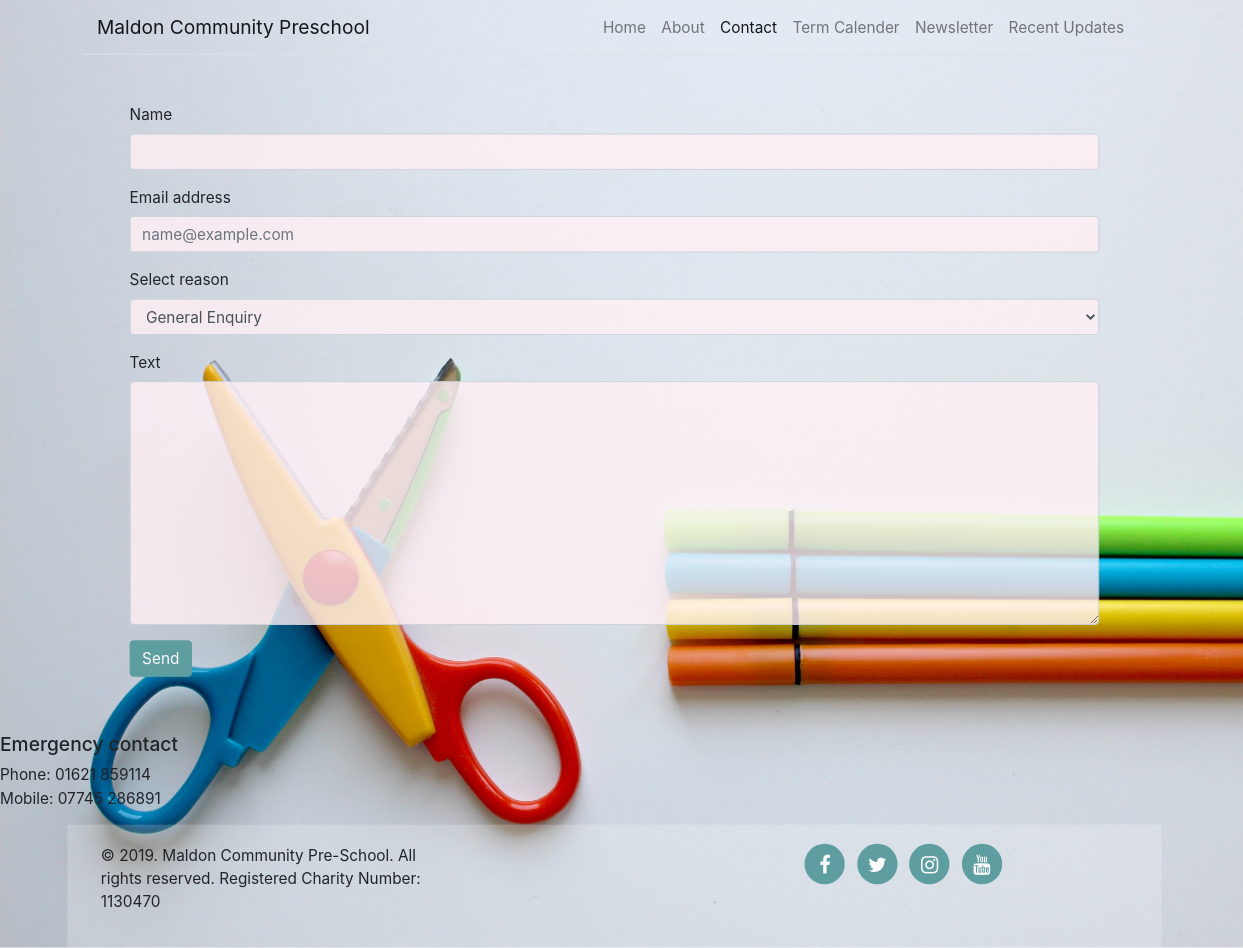
Repository: parkslee/milestone_1
Page: contact.html
The author's editor kept a record of every edit. The page is drawn from the files as they stood at one moment, then again after the next edit.
The browser window is 1280 px wide. The page is 1295 px wide, so the pictures cover 1295 px, including what lies to the right of the window. The pictures show the whole page, at 96% of full size.
Some web libraries are served in a nearby version.

Above is the page before.

### contact.html
<!DOCTYPE html>
<html lang="en">

<head>
    <meta charset="UTF-8">
    <meta name="viewport" content="width=device-width, initial-scale=1.0">
    <meta http-equiv="X-UA-Compatible" content="ie=edge">
    <link rel="stylesheet" href="https://maxcdn.bootstrapcdn.com/bootstrap/4.2.1/css/bootstrap.min.css"
        type="text/css" />
    <link rel="stylesheet" href="https://maxcdn.bootstrapcdn.com/font-awesome/4.7.0/css/font-awesome.min.css"
        type="text/css" />
    <link rel="stylesheet" href="https://cdnjs.cloudflare.com/ajax/libs/hover.css/2.1.1/css/hover-min.css"
        type="text/css" />
    <link rel="stylesheet" href="assets\css\style.css">
    <title>Contact</title>
</head>

<body class="contact-image">

<!-------------------------------------------------------------------------------navigation-->
    <header>

        <div class="container">
            <nav class="navbar navbar-expand-lg navbar-light bg-light border-bottom">
                <a class="navbar-brand" href="./index.html">Maldon Community Preschool</a>
                <button class="navbar-toggler" type="button" data-toggle="collapse" data-target="#navbarNav"
                    aria-controls="navbarNav" aria-expanded="false" aria-label="Toggle navigation">
                    <span class="navbar-toggler-icon"></span>
                </button>
                <div class="collapse navbar-collapse" id="navbarNav">
                    <ul class="navbar-nav text-center ml-auto">
                        <li class="nav-item">

                            <a class="nav-link" href="./index.html">Home</a>
                        </li>
                        <li class="nav-item">
                            <a class="nav-link" href="./about.html">About</a>
                        </li>
                        <li class="nav-item active">
                            <a class="nav-link" href="./contact.html">Contact<span class="sr-only">(current)</span></a>
                        </li>
                        <li class="nav-item">
                            <a class="nav-link" href="./calender.html">Term Calender</a>
                        </li>
                        <li class="nav-item">
                            <a class="nav-link" href="./newsletter.html">Newsletter</a>
                        </li>
                        <li class="nav-item">
                            <a class="nav-link" href="./updates.html">Recent Updates</a>
                        </li>
                    </ul>
                </div>
            </nav>
        </div>
    </header>

    <div class="container">

        <form>
                <div class="form-group">
                        <label for="form-name">Name</label>
                        <input type="name" class="form-control" id="form-name" placeholder="">
                    </div>
            <div class="form-group">
                <label for="form-name">Email address</label>
                <input type="email" class="form-control" id="form-name" placeholder="name@example.com">
            </div>
            <div class="form-group">
                <label for="form-select">Select reason</label>
                <select class="form-control" id="form-select">
                    <option>General Enquiry</option>
                    <option>Book a Visit</option>
                    <option>Meeting Request</option>
                    <option>4</option>
                    <option>5</option>
                </select>
            </div>

            <div class="form-group">
                <label for="form-text">Text</label>
                <textarea class="form-control" id="form-text" rows="10"></textarea>
            </div>
            <button type="submit" class="btn btn-primary mb-2 contact-btn">Send</button>
        </form>

    </div>
    <div class="row">
        <div class="col">
<h5>Emergency contact</h5>
<p>Phone: 01621 859114
    <br>
        Mobile: 07745 286891</p>
</div>
</div>


    <!---------------------------first footer only displayed on desktop view-------------------->
    <!------https://medium.com/wdstack/bootstrap-4-hidden-visible-dd969a4c5854 tutorial for display properties bootstrap---->
    <div class="container">
            <footer class="d-none d-md-block">



                <div id="footer-details" class="row">
                    <div class="col-sm-4">
                        <p class="inline-block charity">
                            © 2019. Maldon Community Pre-School. All rights reserved.
                            Registered Charity Number: 1130470 </p>
                    </div>

                    <div class="col-sm-4 ml-auto">
                         <ul class="list-inline social-links">
                            <li class="list-inline-item">
                                <a target="_blank" href="https://facebook.com">
                                    <i class="fa fa-facebook" aria-hidden="true"></i>
                                    <span class="sr-only">Facebook</span>
                                </a>
                            </li>
                            <li class="list-inline-item">
                                <a target="_blank" href="https://twitter.com">
                                    <i class="fa fa-twitter" aria-hidden="true"></i>
                                    <span class="sr-only">Twitter</span>
                                </a>
                            </li>
                            <li class="list-inline-item">
                                <a target="_blank" href="https://instagram.com">
                                    <i class="fa fa-instagram" aria-hidden="true"></i>
                                    <span class="sr-only">Instagram</span>
                                </a>
                            </li>
                            <li class="list-inline-item">
                                <a target="_blank" href="https://youtube.com">
                                    <i class="fa fa-youtube" aria-hidden="true"></i>
                                    <span class="sr-only">YouTube</span>
                                </a>
                            </li>
                        </ul>
                    </div>
                </div>
            </footer>
        </div>



        <!----second footer for mobile view (charity number hidden as to cluttered on mobile view)  -->
        <!------https://medium.com/wdstack/bootstrap-4-hidden-visible-dd969a4c5854 tutorial for display properties bootstrap---->
        <footer class="d-md-none">
            <div id="footer-mobile">
                <ul class="list-inline social-links">
                    <li class="list-inline-item">
                        <a target="_blank" href="https://facebook.com">
                            <i class="fa fa-facebook" aria-hidden="true"></i>
                            <span class="sr-only">Facebook</span>
                        </a>
                    </li>
                    <li class="list-inline-item">
                        <a target="_blank" href="https://instagram.com">
                            <i class="fa fa-instagram" aria-hidden="true"></i>
                            <span class="sr-only">Instagram</span>
                        </a>
                    </li>
                    <li class="list-inline-item">
                        <a target="_blank" href="https://youtube.com">
                            <i class="fa fa-youtube" aria-hidden="true"></i>
                            <span class="sr-only">YouTube</span>
                        </a>
                    </li>
                </ul>
            </div>
        </footer>


    <script src="https://code.jquery.com/jquery-3.3.1.slim.min.js"
        integrity="sha384-q8i/X+965DzO0rT7abK41JStQIAqVgRVzpbzo5smXKp4YfRvH+8abtTE1Pi6jizo"
        crossorigin="anonymous"></script>
    <script src="https://cdnjs.cloudflare.com/ajax/libs/popper.js/1.14.7/umd/popper.min.js"
        integrity="sha384-UO2eT0CpHqdSJQ6hJty5KVphtPhzWj9WO1clHTMGa3JDZwrnQq4sF86dIHNDz0W1"
        crossorigin="anonymous"></script>
    <script src="https://stackpath.bootstrapcdn.com/bootstrap/4.3.1/js/bootstrap.min.js"
        integrity="sha384-JjSmVgyd0p3pXB1rRibZUAYoIIy6OrQ6VrjIEaFf/nJGzIxFDsf4x0xIM+B07jRM"
        crossorigin="anonymous"></script>
</body>

</html>

### assets/css/style.css

/*---------------------------------------------------------index.html---------------*/

.bgimage {
    background-image: url(../images/home-bg.jpg);
    background-size: cover;
    height: 100%;
    background-repeat: no-repeat;
}

.bg-light {
    background-color: rgb(255, 255, 255, 0.0) !important;
}

.jumbotron {
    margin: 5% 5%;
    box-shadow: 10px 10px rgb(95, 158, 160, 0.5);
    background-color: rgb(255, 240, 245, 0.8);
}

.newsletter-update {
    margin: 20px;
}

.btn-primary {
    color: #fafafa;
    background-color: #866ecd;
    border-color: #866ccd;
}

.newsletter {
    background-color:rgb(255, 255, 255, 0.5);
    position: relative;
    color: #f1efef;

}
.newsletter h1{
    text-align: center;
}

.updates-index {
    background-color: rgb(95, 158, 160,0.5);
    color:#f1efef;
}

.updates-index h1{
    text-align: center;
}


/*-------------------------------------------------------footer------------*/

.social-links {
    padding-bottom: 0px;
}

.social-links li a i {
    width: 42px;
    height: 42px;
    padding: 12px 0;
    border-radius: 50%;
    font-size: 21px;
    line-height: 19px;
    text-align: center;
    color: #fafafa;
    background: cadetblue;
    transition: all 0.35s ease-in-out;
    -moz-transition: all 0.35s ease-in-out;
    -webkit-transition: all 0.35s ease-in-out;
    -o-transition: all 0.35s ease-in-out;
}

.social-links li a i:hover {
    background: #e84610;
}

#footer-details {
    padding: 20px;
    background-color: rgb(255, 255, 255, 0.2);
    position: relative;
    left: 0;
    bottom: 0;
}

#footer-mobile {
    padding: 20px;
    background-color: rgb(255, 255, 255, 0.0);
    width: 100%;
    text-align: center;
}

/*---------------------------------------------------------------contact page--------------------*/

.contact-image {
    background-image: url(../images/contact-bg.jpg);
    background-size: cover;
    height: 100%;
    background-repeat: no-repeat;
}

form{
    margin: 20px;
}

.form-control{
    background-color: rgb(255, 240, 245,0.8);
}

.contact-btn{
    background-color: cadetblue;
    border-color: cadetblue;
}

/*------------------------------------------------------------------------- About--------------*/
.about-image{
    background-image: url(../images/about-bg.jpg);
    background-size: cover;
    height: 100vh;
    background-repeat: no-repeat;
    background-position: 55%;

}

.about-content{
    text-align: center;

}

/*-------------------------------------------------------------------------calender---------------*/
.calender-image{
    background-color: #866ccd;
}

/*------------------------------------------time line--------------------*/
/*-------bootstrap time line - https://bootsnipp.com/snippets/OzQj-------*/

.timeline {
    list-style: none;
    padding: 20px 0 20px;
    position: relative;
}

    .timeline:before {
        top: 0;
        bottom: 0;
        position: absolute;
        content: " ";
        width: 3px;
        background-color: #eeeeee;
        left: 50%;
        margin-left: -1.5px;
    }

    .timeline > li {
        margin-bottom: 20px;
        position: relative;
    }

        .timeline > li:before,
        .timeline > li:after {
            content: " ";
            display: table;
        }

        .timeline > li:after {
            clear: both;
        }

        .timeline > li:before,
        .timeline > li:after {
            content: " ";
            display: table;
        }

        .timeline > li:after {
            clear: both;
        }

        .timeline > li > .timeline-panel {
            width: 46%;
            float: left;
            border: 1px solid #d4d4d4;
            border-radius: 2px;
            padding: 20px;
            position: relative;
            -webkit-box-shadow: 0 1px 6px rgba(0, 0, 0, 0.175);
            box-shadow: 0 1px 6px rgba(0, 0, 0, 0.175);
        }

            .timeline > li > .timeline-panel:before {
                position: absolute;
                top: 26px;
                right: -15px;
                display: inline-block;
                border-top: 15px solid transparent;
                border-left: 15px solid #ccc;
                border-right: 0 solid #ccc;
                border-bottom: 15px solid transparent;
                content: " ";
            }

            .timeline > li > .timeline-panel:after {
                position: absolute;
                top: 27px;
                right: -14px;
                display: inline-block;
                border-top: 14px solid transparent;
                border-left: 14px solid #fff;
                border-right: 0 solid #fff;
                border-bottom: 14px solid transparent;
                content: " ";
            }

        .timeline > li > .timeline-badge {
            color: #fff;
            width: 50px;
            height: 50px;
            line-height: 50px;
            font-size: 1.4em;
            text-align: center;
            position: absolute;
            top: 16px;
            left: 50%;
            margin-left: -25px;
            background-color: #999999;
            z-index: 100;
            border-top-right-radius: 50%;
            border-top-left-radius: 50%;
            border-bottom-right-radius: 50%;
            border-bottom-left-radius: 50%;
        }

        .timeline > li.timeline-inverted > .timeline-panel {
            float: right;
        }

            .timeline > li.timeline-inverted > .timeline-panel:before {
                border-left-width: 0;
                border-right-width: 15px;
                left: -15px;
                right: auto;
            }

            .timeline > li.timeline-inverted > .timeline-panel:after {
                border-left-width: 0;
                border-right-width: 14px;
                left: -14px;
                right: auto;
            }

.timeline-badge.primary {
    background-color: #2e6da4 !important;
}

.timeline-badge.success {
    background-color: #3f903f !important;
}

.timeline-badge.warning {
    background-color: #f0ad4e !important;
}

.timeline-badge.danger {
    background-color: #d9534f !important;
}

.timeline-badge.info {
    background-color: #5bc0de !important;
}

.timeline-title {
    margin-top: 0;
    color: inherit;
}

.timeline-body > p,
.timeline-body > ul {
    margin-bottom: 0;
}

    .timeline-body > p + p {
        margin-top: 5px;
    }

@media (max-width: 767px) {
    ul.timeline:before {
        left: 40px;
    }

    ul.timeline > li > .timeline-panel {
        width: calc(100% - 90px);
        width: -moz-calc(100% - 90px);
        width: -webkit-calc(100% - 90px);
    }

    ul.timeline > li > .timeline-badge {
        left: 15px;
        margin-left: 0;
        top: 16px;
    }

    ul.timeline > li > .timeline-panel {
        float: right;
    }

        ul.timeline > li > .timeline-panel:before {
            border-left-width: 0;
            border-right-width: 15px;
            left: -15px;
            right: auto;
        }

        ul.timeline > li > .timeline-panel:after {
            border-left-width: 0;
            border-right-width: 14px;
            left: -14px;
            right: auto;
        }
}

/*----------------------------------------------------------------newsletter.html-------------*/
.newsletter-image{
    background-image: url(../images/newsletter-bg.jpg);
    background-size: cover;
    height: 100%;
    background-repeat: no-repeat;
    background-position: 75%;
}



.newsletter-content{
    color:#fafafa;
}

.newsletter-content h1{
    text-align: center;
}


/*------------------------------------------------------------------updates.html-----------*/
.updates-image{
    background-image: url(../images/crayon-bg.jpg);
    background-size: cover;
    height: 100%;
    background-repeat: no-repeat;
    background-position: 50%;
}

.updates{
    color: #fafafa;
    background-color: black;
}



/*------------------------------------------------------------------------- media----------*/

@media only screen and (min-width: 768px) {


    .footer-details {
        position: absolute;
    }

    /*---contact page----*/
    form{
        margin: 50px;
    }

    .contact-image {
        height: 100%;

    }

}

After the next edit:
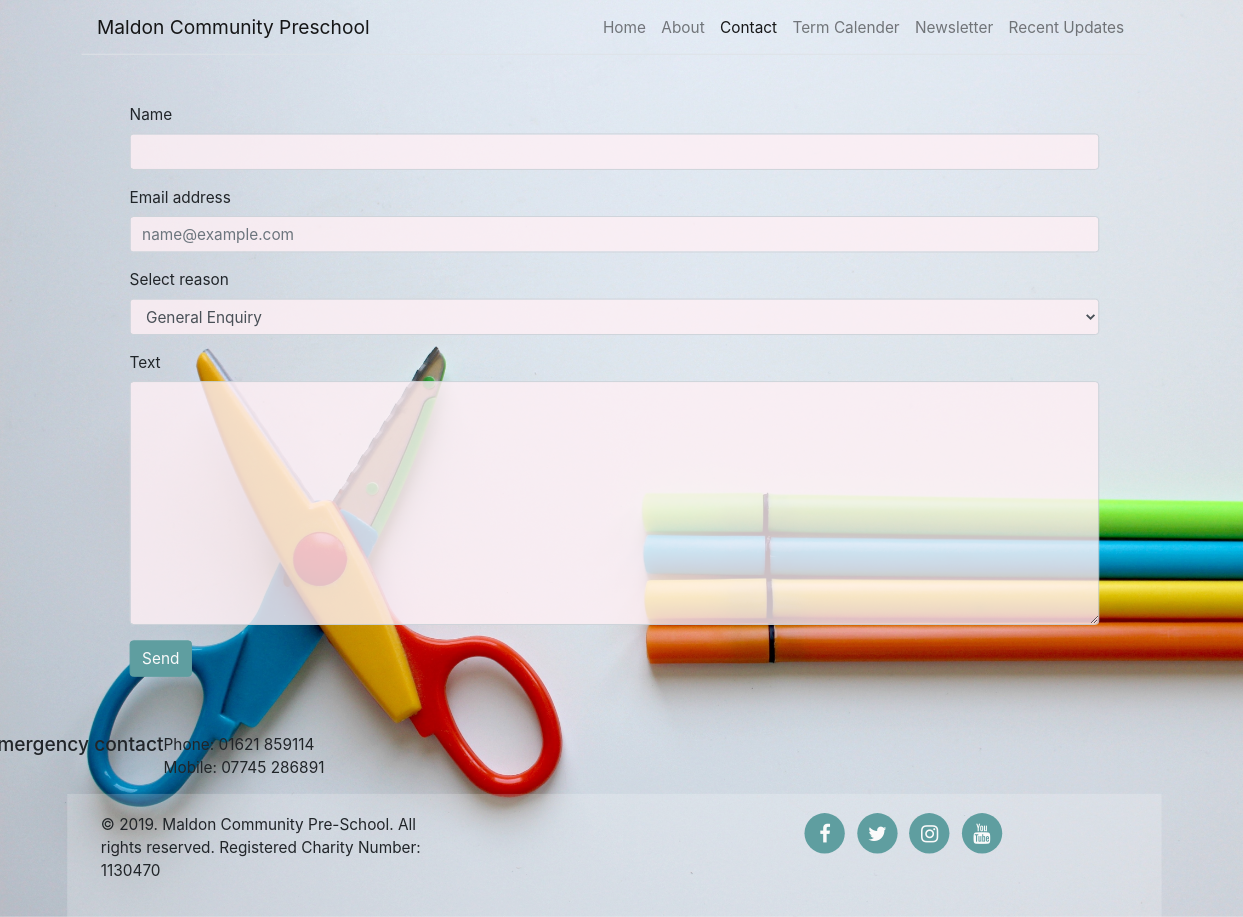
The edit:
--- a/contact.html
+++ b/contact.html
@@ -85,7 +85,7 @@
 
     </div>
     <div class="row">
-        <div class="col">
+
 <h5>Emergency contact</h5>
 <p>Phone: 01621 859114
     <br>
